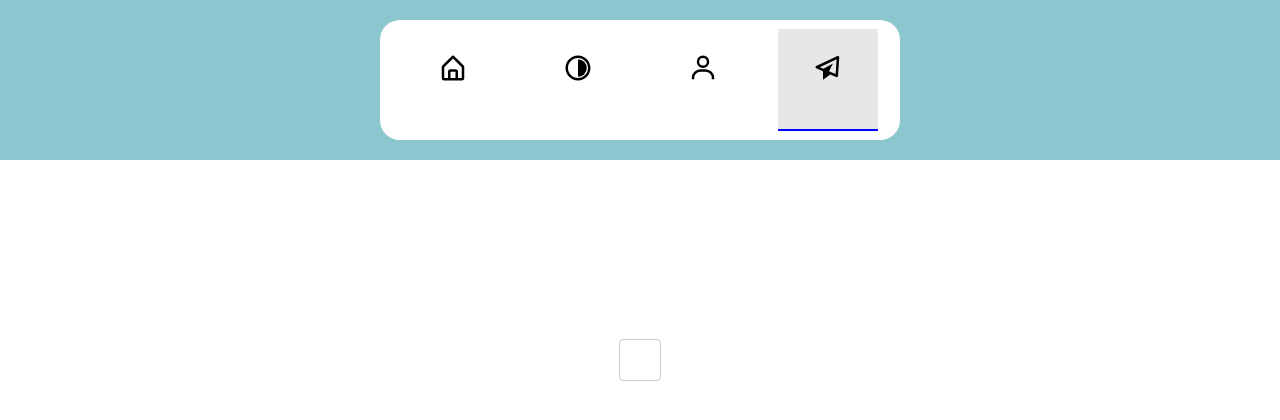
Repository: lethinh2003/pokemon_reactjs
Page: /contact
The author's editor kept a copy of each file at every save. The page is drawn from the files as they stood at one save, then again after the next save.
The browser window is 1280 px wide. The pictures show the whole page.
The project was rebuilt for these pictures with package versions that can differ from the ones it lists, and the page was loaded fresh each time. A package was used in the major version that the imports need, not the one package.json lists. Also part of the build but not shown: src/App.css, src/custom/useFetch.js, src/styles/loading.scss, src/styles/pokemonDetail.scss, src/view/PokemonDetail.jsx, src/view/Pokemon.jsx.

Above is the page before, as saved 2021-11-28 13:44:07.

### public/index.html
<!DOCTYPE html>
<html lang="en">
  <head>
    <meta charset="utf-8" />
    <link rel="icon" href="%PUBLIC_URL%/favicon.ico" />
    <meta name="viewport" content="width=device-width, initial-scale=1" />
    <meta name="theme-color" content="#000000" />
    <meta
      name="description"
      content="Web site created using create-react-app"
    />
    <link rel="apple-touch-icon" href="%PUBLIC_URL%/logo192.png" />


    <!--
      manifest.json provides metadata used when your web app is installed on a
      user's mobile device or desktop. See https://developers.google.com/web/fundamentals/web-app-manifest/
    -->
    <link rel="manifest" href="%PUBLIC_URL%/manifest.json" />
    <!--
      Notice the use of %PUBLIC_URL% in the tags above.
      It will be replaced with the URL of the `public` folder during the build.
      Only files inside the `public` folder can be referenced from the HTML.

      Unlike "/favicon.ico" or "favicon.ico", "%PUBLIC_URL%/favicon.ico" will
      work correctly both with client-side routing and a non-root public URL.
      Learn how to configure a non-root public URL by running `npm run build`.
    -->
    <title>React App</title>
  </head>
  <body>
    <noscript>You need to enable JavaScript to run this app.</noscript>
    <div id="root"></div>
    <!--
      This HTML file is a template.
      If you open it directly in the browser, you will see an empty page.

      You can add webfonts, meta tags, or analytics to this file.
      The build step will place the bundled scripts into the <body> tag.

      To begin the development, run `npm start` or `yarn start`.
      To create a production bundle, use `npm run build` or `yarn build`.
    -->
  </body>
</html>

### src/App.js
import logo from './logo.svg';
import './App.css';
import './styles/body.scss';
import Pokemon from './view/Pokemon';
import PokemonDetail from './view/PokemonDetail';
import Nav from './view/Nav';
import Contact from './view/Contact';
import {
  BrowserRouter as Router,
  Switch,
  Route,
  Link
} from "react-router-dom";


function App() {
  return (
    <>

        <div className="container">

        <Router>
            <Nav />

        <Switch>
          <Route path="/" exact>
            <Pokemon />
          </Route>

          <Route path="/detail/:id" exact>
          <PokemonDetail />

          </Route>
          <Route path="/contact">
          <Contact />

          </Route>
        </Switch>
        </Router>

        </div>
    </>
  );
}

export default App;

### src/styles/body.scss
.container {
  background-color: rgba(29, 143, 158, 0.507);
  display: flex;
  justify-content: center;
  align-items: center;
  flex-direction: column;
}

.card-body {
  display: flex;
  gap: 20px;
  justify-content: center;
  flex-wrap: wrap;
  position: relative;
}

@media (max-width: 735px) {
  .card-body {
  }
}
.card-item {
  width: 260px;
  height: 350px;
  background-color: rgb(75, 72, 72);
  border-radius: 20px;
  margin-left: 20px;
  position: relative;
  box-shadow: 2px 2px 8px 2px #5e5353;
  background-image: linear-gradient(45deg, #d90e0e, #2016dfcf);
  cursor: url(https://emoji.gg/assets/emoji/6419_great_pokeball.png), auto;

  &:nth-child(2n + 1) {
    background-image: linear-gradient(90deg, #d90e0e, #2016dfcf);
  }
  &:hover {
    border: 2px solid #f3ff16;
    box-shadow: 2px 2px 5px 5px #4a4343;
    transition: all 0.25s linear;
  }

  &__body {
    align-items: center;
    position: absolute;
    background-color: #fff;
    width: 230px;
    height: 325px;
    left: 50%;
    top: 50%;
    transform: translate(-50%, -50%);
    display: flex;
    flex-direction: column;
  }
  &__img {
    height: 255px;
    border-bottom: 2px solid black;
    width: 100%;
    & img {
      width: 100%;
      height: 100%;
      object-fit: contain;
    }
  }
  &__info {
    height: 50px;
    display: flex;
    flex-direction: column;
    align-items: center;
  }
  &__name {
    color: black;
    font-weight: bold;
    text-transform: capitalize;
  }
  &__type {
    font-size: 15px;
    color: white;
    gap: 10px;
    text-transform: capitalize;
    display: flex;
    justify-content: center;
    align-items: center;
  }
  & .type-btn {
    width: 67px;
    height: 16px;
    display: flex;
    justify-content: center;
    align-items: center;
  }
}

.detail {
  background-color: #c5ee0d;
  cursor: pointer;
  color: rgb(66, 46, 46);
  padding: 2px;
  font-weight: bold;
  border-radius: 5px;
}
.pokemon-search {
  margin: 20px;
  color: black;
}
.pokemon-more {
  position: absolute;
  bottom: 0;

  left: 50%;
  transform: translateX(-50%);
  margin: 20px 0;
  background-image: linear-gradient(
    to right,
    rgb(65, 56, 195),
    rgb(46, 6, 226)
  );
  display: flex;
  justify-content: center;
  align-items: center;
  width: 200px;
  height: 50px;
  border-radius: 10px;
  cursor: pointer;
}

### src/view/Nav.jsx
import '../styles/nav.scss';
import { BiHomeAlt, BiAdjust, BiUser, BiPaperPlane } from "react-icons/bi";
import {
    BrowserRouter as Router,
    Switch,
    Route,
    Link, NavLink
  } from "react-router-dom";
const Nav = () => {
    return(
        <>
        <div className="navigation">
            <NavLink to="/" activeClassName="active" exact>
            <div className="home">
                <BiHomeAlt />
                <span className="desc-icon">Home</span>
            </div>
            </NavLink>
            <div className="home">
                <BiAdjust />
                <span className="desc-icon">Display</span>
            </div>
            <div className="home">
                <BiUser />
                <span className="desc-icon">Me</span>
            </div>
            <NavLink to="/contact" activeClassName="active">
            <div className="home">
                <BiPaperPlane />
                <span className="desc-icon">Contact</span>
            </div>
            </NavLink>
        </div>
        </>
    )

}
export default Nav;

### src/view/Contact.jsx
import { useState } from 'react';
import '../styles/modal.scss';


const Contact = () => {
  const [modalIsOpen, setIsOpen] = useState(true);
      function closeModal() {
        setIsOpen(false);
      }
    return(
      <>
    <div className="modal-container">
        <div className="modal-body">

        </div>






    </div>
      </>

    )

}
export default Contact;

### src/styles/nav.scss
.navigation {
  background-color: white;
  height: 100px;
  width: 500px;
  border-radius: 20px;
  margin: 20px;
  padding: 10px;
  display: flex;
  align-items: center;
  justify-content: space-around;

  & .home {
    display: flex;
    justify-content: center;
    align-items: center;
    width: 100px;
    flex-direction: column;
    height: 100px;
    font-size: 30px;
    border-radius: 10px;
    cursor: pointer;

    &:hover svg {
      color: rgb(78, 68, 219);
      transform: translateY(-10px);
      transition: all 0.25s;
    }
    & .desc-icon {
      font-size: 20px;
      color: rgb(78, 68, 219);
      opacity: 0;
      visibility: hidden;
      transition: all 0.25s;
    }
    &:hover .desc-icon {
      opacity: 1;
      visibility: visible;
    }
  }
}
.active {
  border-bottom: 2px solid blue;
  background-color: #e7e7e7;
}
a {
  text-decoration: none;
  color: black;
}
@media (max-width: 735px) {
  .navigation {
    width: 300px;
    padding: 5px;

    & .home {
      width: 50px;

      font-size: 20px;
      & .desc-icon {
        font-size: 15px;
      }
    }
  }
}

### src/styles/modal.scss
.modal-container {
  position: fixed;
  inset: 0px;
}
.modal-body {
  position: absolute;
  background-color: red;
  inset: 50% auto auto 50%;
  border: 1px solid rgb(204, 204, 204);
  background: rgb(255, 255, 255);
  overflow: auto;
  border-radius: 4px;
  outline: none;
  padding: 20px;
  margin-right: -50%;
  transform: translate(-50%, -50%);
}

Loaded but not shown: src/index.js (common file); src/index.css (common file); src/reportWebVitals.js (common file)

After the next save:
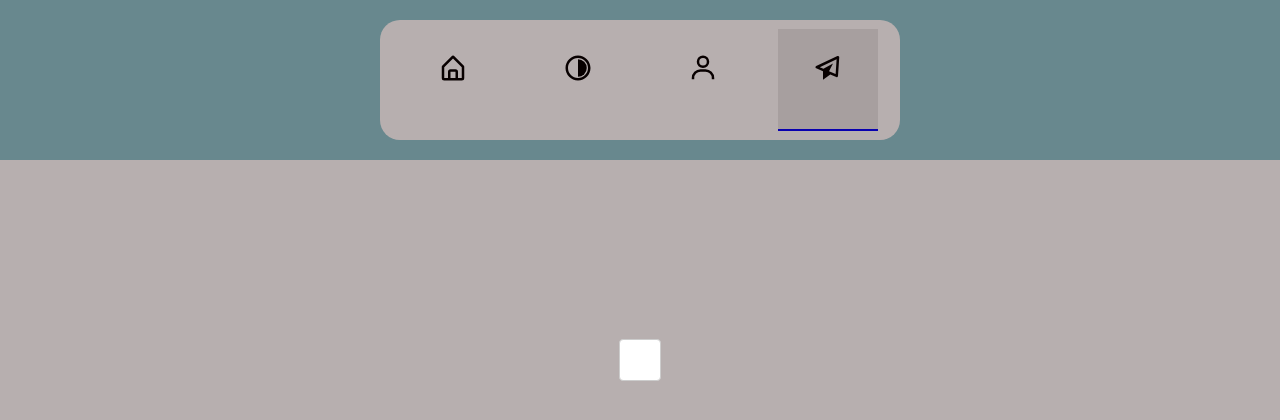
Saved 25 s later.
--- a/src/styles/modal.scss
+++ b/src/styles/modal.scss
@@ -1,6 +1,7 @@
 .modal-container {
   position: fixed;
   inset: 0px;
+  background-color: rgba(27, 3, 3, 0.315);
 }
 .modal-body {
   position: absolute;
